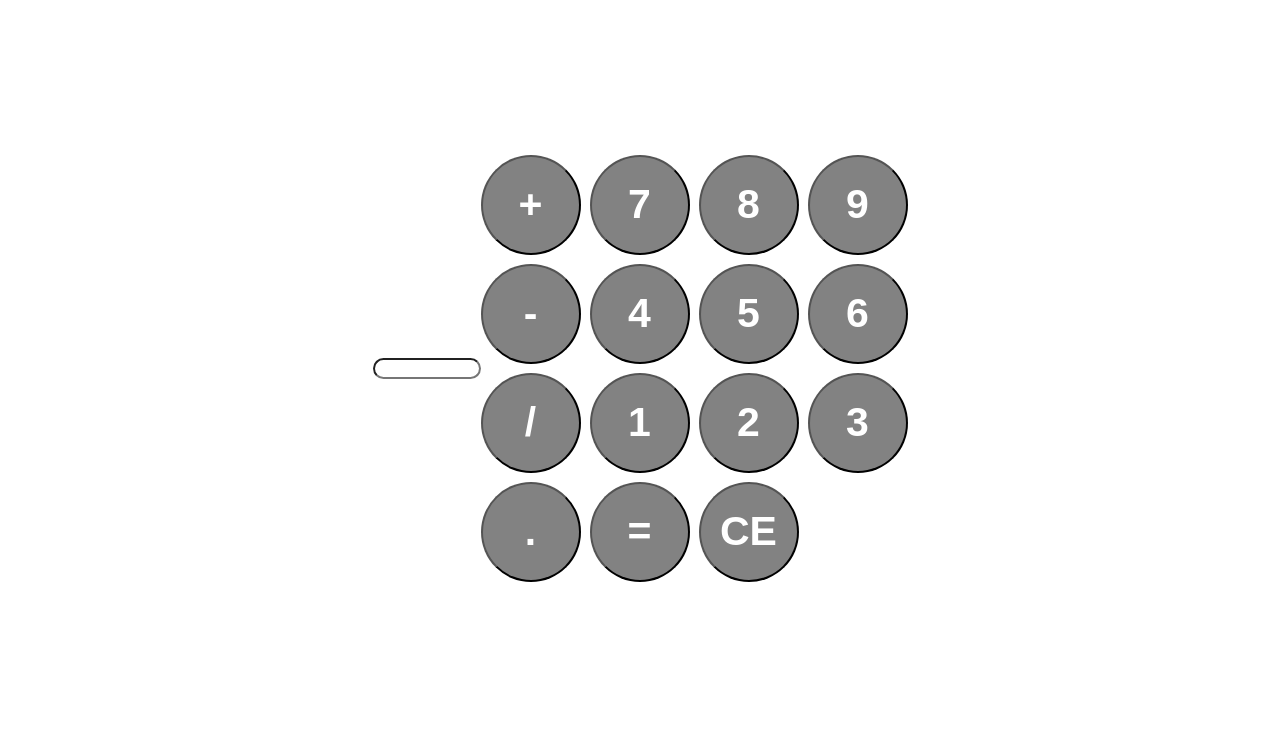
Repository: rkrukshan/JS-Calculator
Page: index.html
An editor plug-in stored every save of this project. The page is shown before and after the next save, followed by the edit.
The browser window is 1280 px wide. The pictures show the whole page.

Above is the page before, as saved 2024-09-02 13:31:29.

### index.html
<!DOCTYPE html>
<html lang="en">

<head>
    <meta charset="UTF-8">
    <meta name="viewport" content="width=device-width, initial-scale=1.0">
    <title>Document</title>
    <link rel="stylesheet" href="style.css">
</head>

<body>
    <div id="calculator">
        <input id="screen" readonly>
        <div id="buttons">

            <button onclick="appendScreen('+')">+</button>
            <button onclick="appendScreen('7')">7</button>
            <button onclick="appendScreen('8')">8</button>
            <button onclick="appendScreen('9')">9</button>
            <button onclick="appendScreen('-')">-</button>
            <button onclick="appendScreen('4')">4</button>
            <button onclick="appendScreen('5')">5</button>
            <button onclick="appendScreen('6')">6</button>
            <button onclick="appendScreen('/')">/</button>
            <button onclick="appendScreen('1')">1</button>
            <button onclick="appendScreen('2')">2</button>
            <button onclick="appendScreen('3')">3</button>
            <button onclick="appendScreen('.')">.</button>
            <button onclick="appendScreen('=')">=</button>
            <button onclick="appendScreen('CE')">CE</button>

        </div>
    </div>
</body>

</html>

### style.css
#calculator {
  display: flex;
  align-items: center;
  height: 100vh;
  justify-content: center;
  border: none;
}
#screen {
  width: 100px;
  color: white;
  border-radius: 15px;
}
#buttons {
  display: grid;
  grid-template-columns: repeat(4, 1fr);
  gap: 9px;
}
button{
    width: 100px;
    height: 100px;
    border-radius: 50px;
    color: white;
    background-color: hsl(0, 0%,51%);
    font-size: 41px;
    font-weight: bold;
}

After the next save:
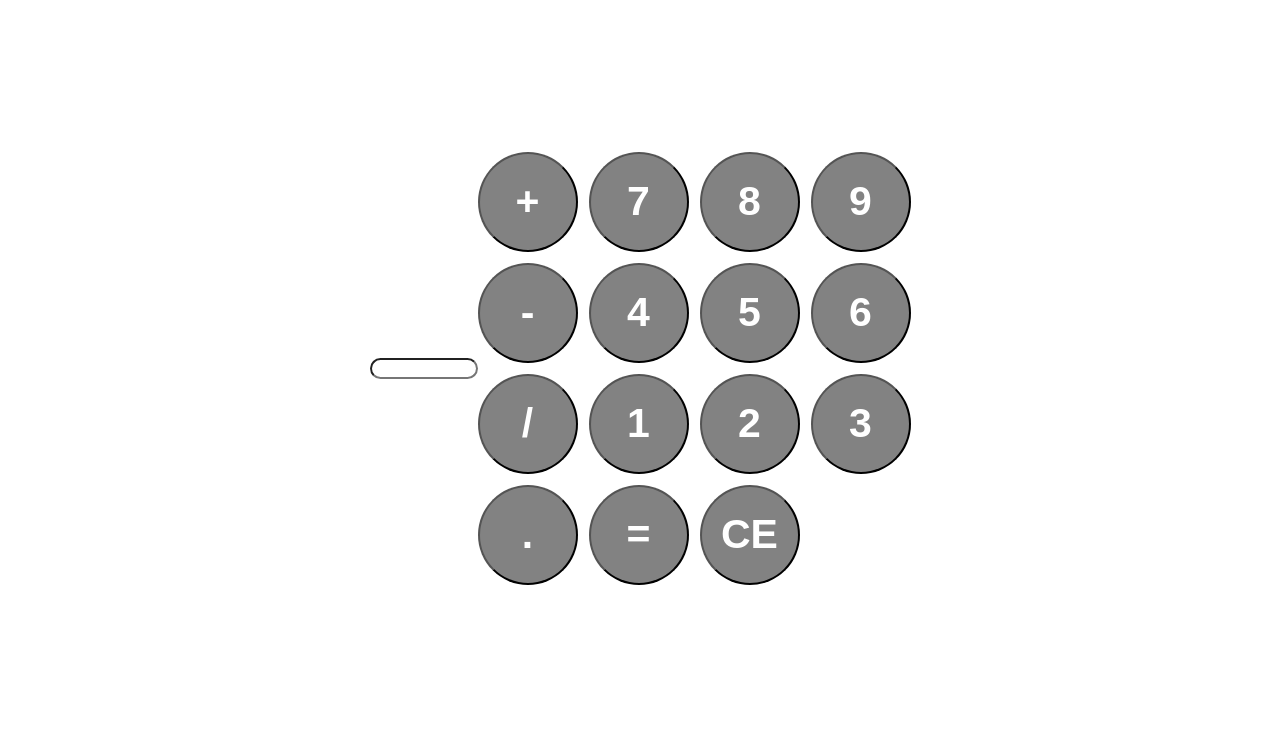
Saved 4 s later.
--- a/style.css
+++ b/style.css
@@ -13,7 +13,7 @@
 #buttons {
   display: grid;
   grid-template-columns: repeat(4, 1fr);
-  gap: 9px;
+  gap: 11px;
 }
 button{
     width: 100px;
